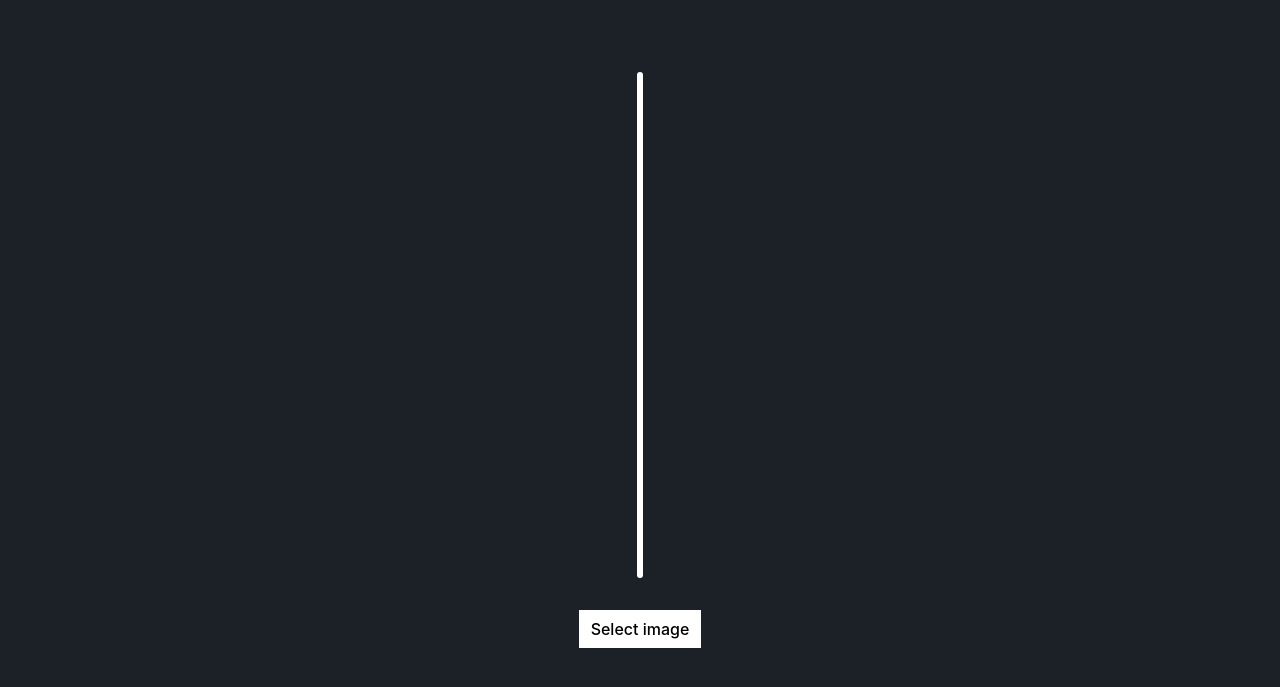
Repository: StephaneCash/Reconnaissance_Immatriculation_Plate
Page: /
These files come from the project's save history. The page is drawn as it stood at one moment and after the next save; the edit follows.
The browser window is 1280 px wide. The pictures show the whole page.
The project was rebuilt for these pictures with package versions that can differ from the ones it lists, and the page was loaded fresh each time.

Above is the page before, as saved 2021-11-22 01:30:27.

After the next save:
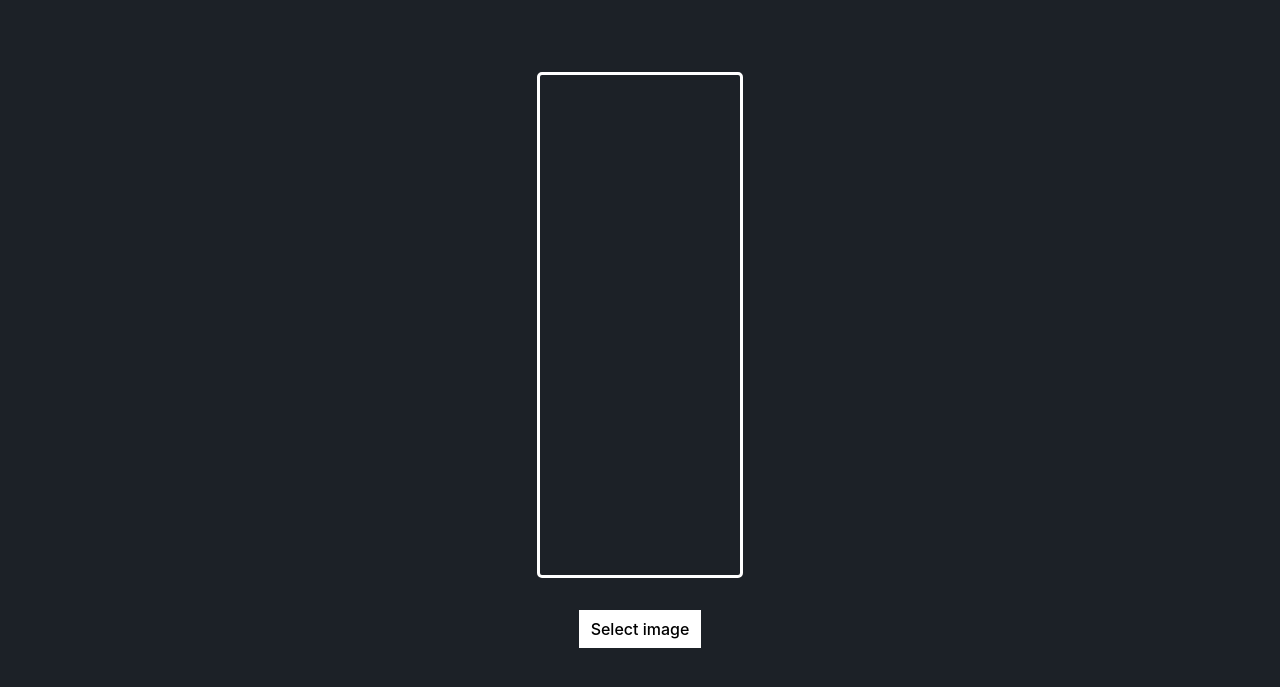
Saved 44 s later.
--- a/src/App.css
+++ b/src/App.css
@@ -29,6 +29,7 @@
 }
 
 .objdetect {
+  min-width: 200px;
   height: 500px;
   border: 3px solid #fff;
   border-radius: 5px;
